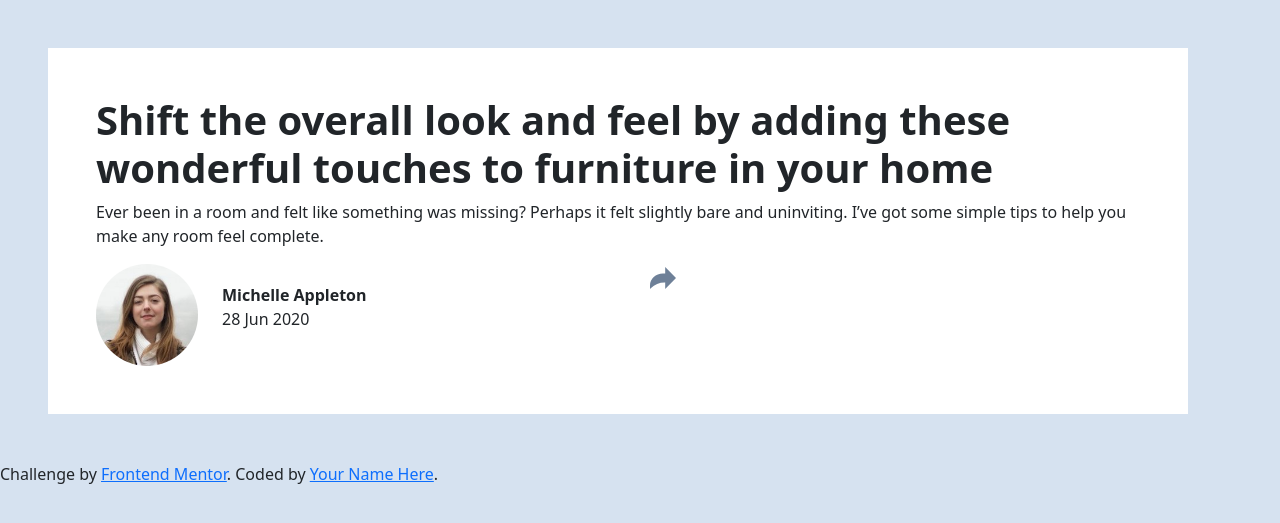
Repository: blordeus/article-preview-component
Page: index.html
The author's editor kept a copy of each file at every save. The page is drawn from the files as they stood at one save, then again after the next save.
The browser window is 1280 px wide. The pictures show the whole page.

Above is the page before, as saved 2024-05-17 11:00:10.

### index.html
<!DOCTYPE html>
<html lang="en">
<head>
  <meta charset="UTF-8">
  <meta name="viewport" content="width=device-width, initial-scale=1.0"> <!-- displays site properly based on user's device -->

  <link rel="icon" type="image/png" sizes="32x32" href="./images/favicon-32x32.png">
  <link href="https://cdn.jsdelivr.net/npm/bootstrap@5.3.3/dist/css/bootstrap.min.css" rel="stylesheet" integrity="sha384-QWTKZyjpPEjISv5WaRU9OFeRpok6YctnYmDr5pNlyT2bRjXh0JMhjY6hW+ALEwIH" crossorigin="anonymous">
  <script src defer="https://cdn.jsdelivr.net/npm/bootstrap@5.3.3/dist/js/bootstrap.bundle.min.js" integrity="sha384-YvpcrYf0tY3lHB60NNkmXc5s9fDVZLESaAA55NDzOxhy9GkcIdslK1eN7N6jIeHz" crossorigin="anonymous"></script>
  <link rel="stylesheet" href="style.css">
  <title>Frontend Mentor | Article preview component</title>

</head>
<body>

  <main class="bg-color m-5 p-5 container">

    <section>
      <h1 class="text-color fw-bold">Shift the overall look and feel by adding these wonderful touches to furniture in your home</h1>

      <p>
        Ever been in a room and felt like something was missing? Perhaps
        it felt slightly bare and uninviting. I’ve got some simple tips
        to help you make any room feel complete.
      </p>
      <div class="row">
        <div class="col d-flex">
          <img id="avatar" src="./images/avatar-michelle.jpg" alt="michelle">
            <div class="ms-4 vstack my-auto">
              <p class="fw-bold">Michelle Appleton <br> <span class="fw-normal">28 Jun 2020</span></p>
            </div>
          </div>
          <div class="col">
            <span class="share-background"><img id="share" src="./images/icon-share.svg" alt="share"></span>
          </div>
        </div>
      </div>
    </section>

  </main>
  <div class="attribution">
    Challenge by <a href="https://www.frontendmentor.io?ref=challenge" target="_blank">Frontend Mentor</a>.
    Coded by <a href="#">Your Name Here</a>.
  </div>
</body>
</html>

### style.css
/* root */
:root {
    --white: hsl(0, 0%, 100%);
    --light-gray: hsl(212, 45%, 89%);
    --grayish-blue: hsl(220, 15%, 55%);
    --dark-blue: hsl(218, 44%, 22%);
}

body {
    background-color: var(--light-gray);
}

main {
    background-color: var(--white);
}

#avatar {
    /* make round */
    border-radius: 50%;
    /* make image smaller */
    width: 20%;
}

#share {
    width: 5%;
}

.share-background {
    /* add light blue circle as background to icon */
    background-color: var(--light-blue);
    border-radius: 50%;
    padding: 10px;
    /* center icon */
    margin-left: 10px;
    margin-right: 10px;
    z-index: -2;
}

After the next save:
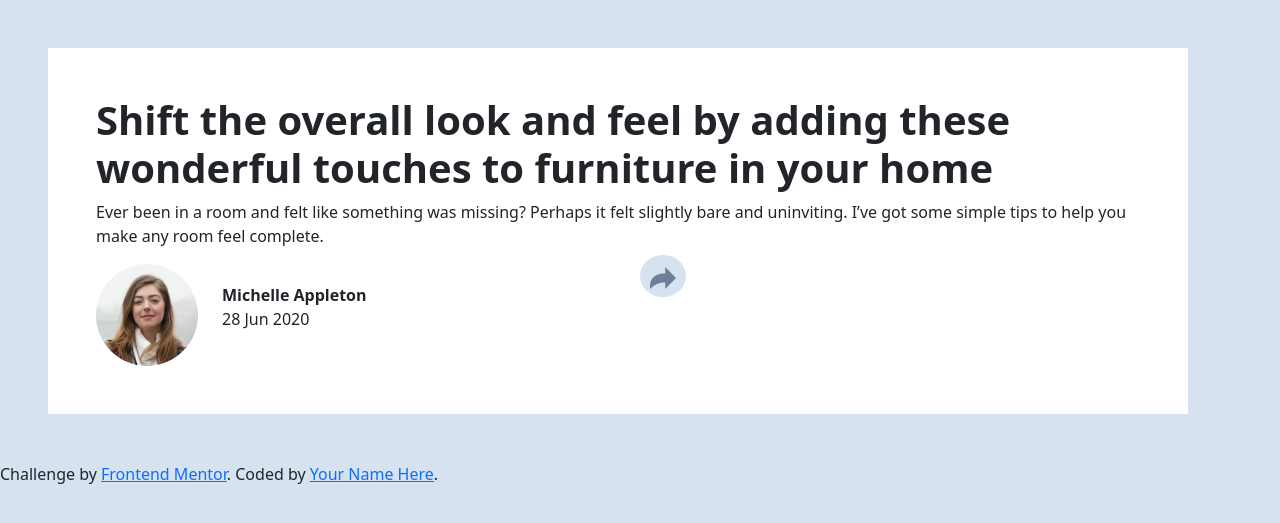
Saved 12 s later.
--- a/style.css
+++ b/style.css
@@ -27,7 +27,7 @@
 
 .share-background {
     /* add light blue circle as background to icon */
-    background-color: var(--light-blue);
+    background-color: var(--light-gray);
     border-radius: 50%;
     padding: 10px;
     /* center icon */
